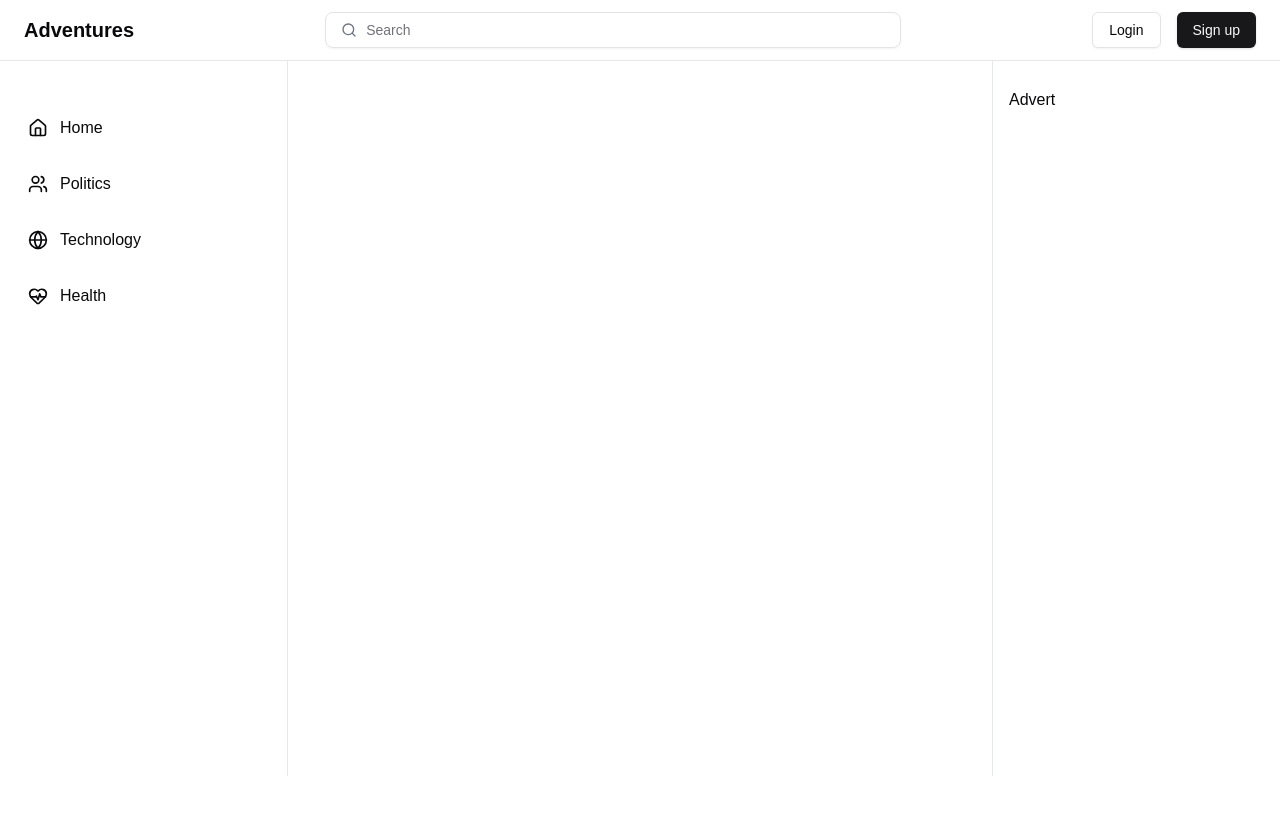
Repository: IssaMuiz/afrixpace-frontend
Page: /
The author's editor kept a copy of each file at every save. The page is drawn from the files as they stood at one save, then again after the next save.
The browser window is 1280 px wide. The pictures show the whole page.
The page's requests for data from a server got no answer. The project was rebuilt for these pictures with package versions that can differ from the ones it lists, and the page was loaded fresh each time. The framework's server and built-in components were replaced by stand-ins that run in the browser. No one was signed in, and anything a server would have sent is missing. Also part of the build but not shown: next.config.ts, components/ui/card.tsx, components/Vote.tsx, components/PostCard.tsx.

Above is the page before, as saved 2025-02-05 03:56:39.

After the next save:
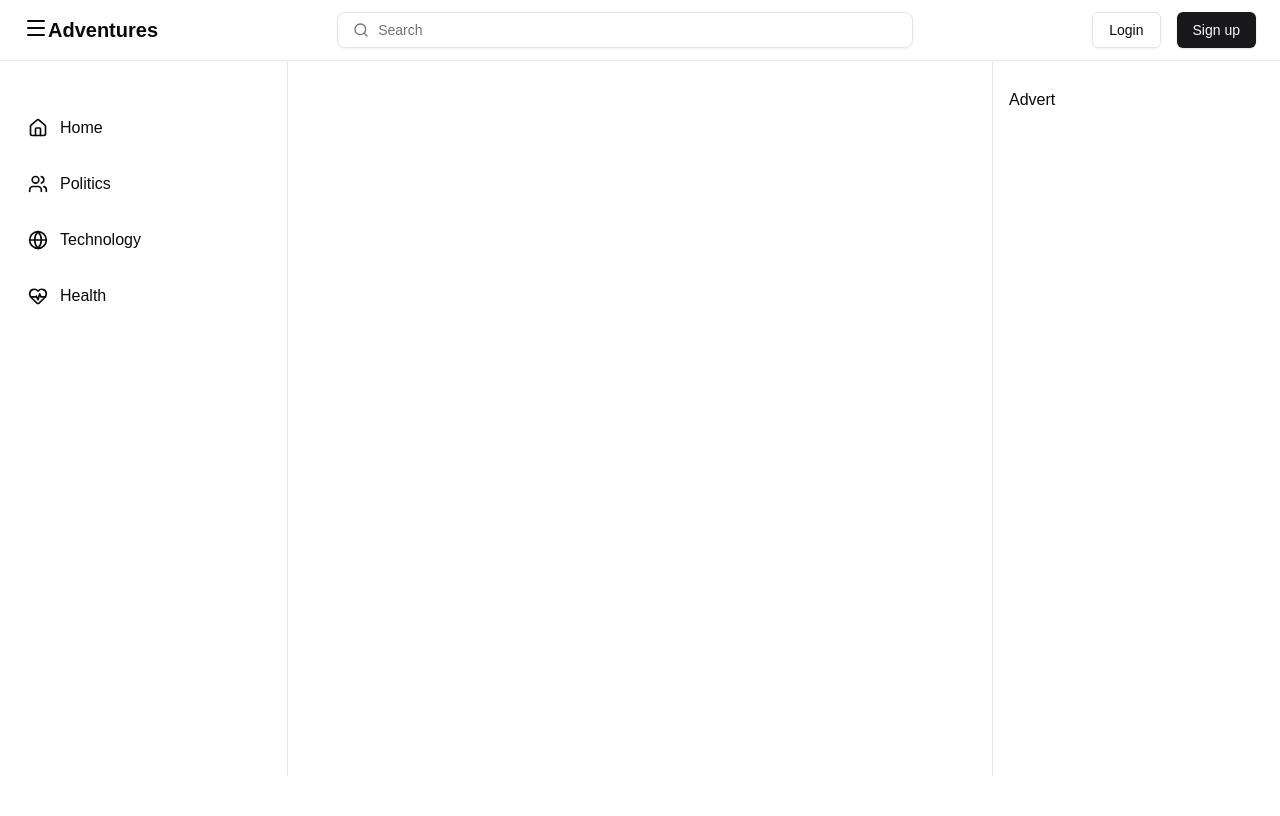
Saved 6 min 28 s later.
--- a/components/Navbar.tsx
+++ b/components/Navbar.tsx
@@ -2,12 +2,15 @@
 import { Button } from "./ui/button";
 import { Input } from "./ui/input";
 import { Search } from "lucide-react";
+import { Menu } from "lucide-react";
 
 const Navbar = () => {
   return (
     <nav className="border-b bg-white z-20 fixed left-0 right-0 top-0 border-gray-200 px-6 py-3 flex justify-between items-center">
+      <div className='flex'>
+        <Menu/>
       <h1 className="text-xl font-semibold">Adventures</h1>
-
+      </div>
       <div className="relative max-w-xl flex-1 mx-6">
         <Search className=" h-4 absolute left-3 top-1/2 transform -translate-y-1/2 text-gray-500" />
         <Input
